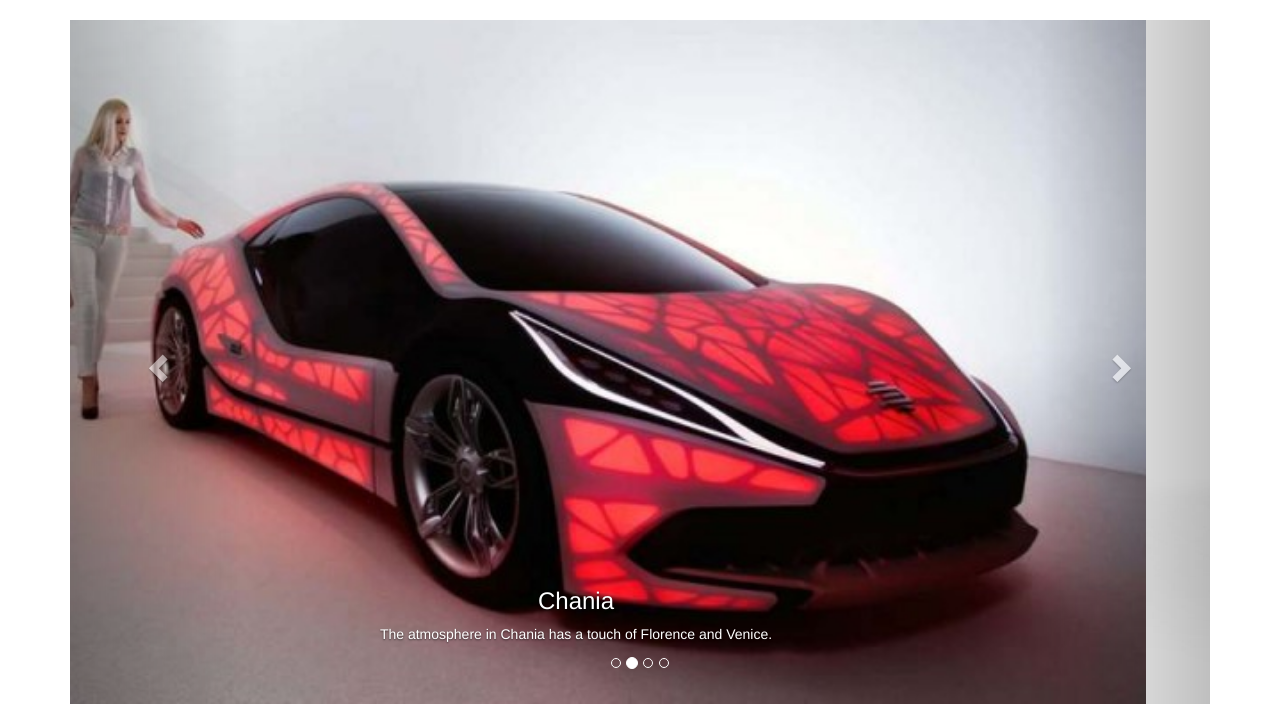
Repository: AravindMarshall/ShoppingCart
Page: http://localhost/Phineas/ContactUs.jsp
These files come from the project's save history. The page is drawn as it stood at one moment and after the next save; the edit follows.
The browser window is 1280 px wide. The pictures show the whole page.
The page is served by Tomcat 9.

Above is the page before, as saved 2016-06-11 19:00:30.

After the next save:
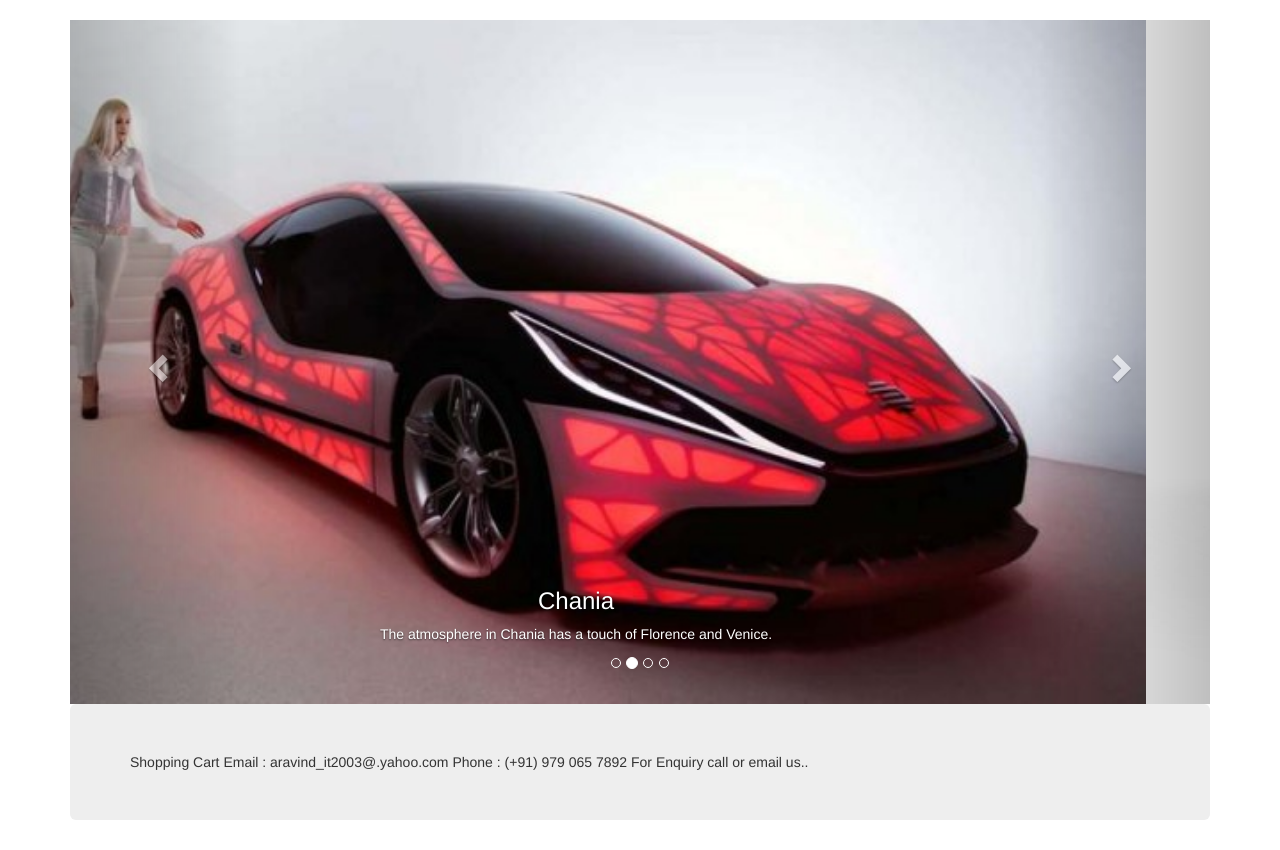
Saved 5 min 36 s later.
--- a/NIIT Shopping Cart/Phineas/WebContent/ContactUs.jsp
+++ b/NIIT Shopping Cart/Phineas/WebContent/ContactUs.jsp
@@ -79,6 +79,12 @@
       <span class="sr-only">Next</span>
     </a>
   </div>
+<div class ="jumbotron">
+Shopping Cart
+Email : aravind_it2003@.yahoo.com
+Phone : (+91) 979 065 7892
+For Enquiry call or email us..
+</div>
 </div>
 
 </body>
